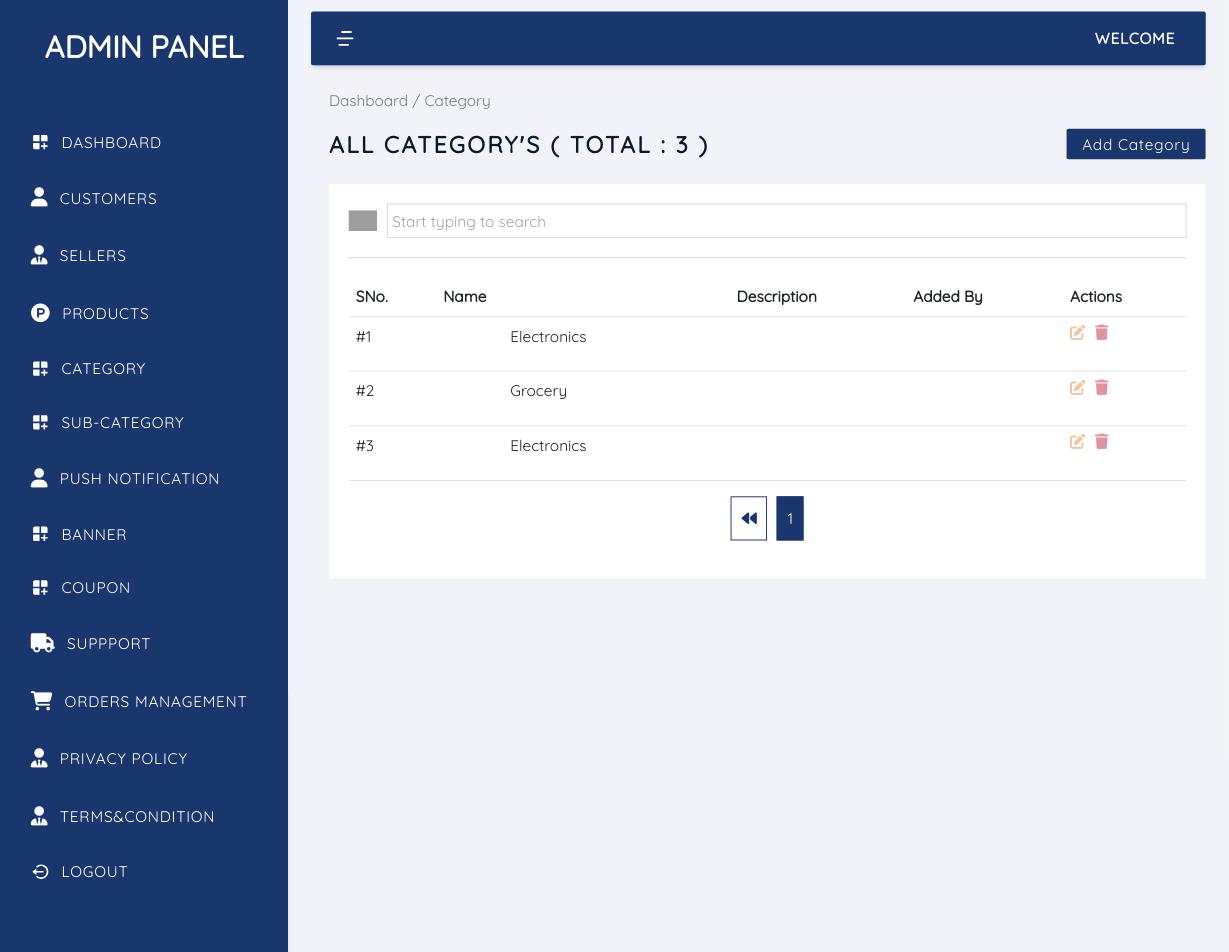
Repository: shishpal2000/admin.aschpro
Page: /Category
An editor plug-in stored every save of this project. The page is shown before and after a run of saves, followed by the edit.
The browser window is 1280 px wide. The pictures show the whole page, at 96% of full size.
Pictures or frames that could not be fetched are drawn as grey boxes. An inner scrolling area shows only its first screen. Some web libraries are served in a nearby version. The project was rebuilt for these pictures with package versions that can differ from the ones it lists, and the page was loaded fresh each time. Also part of the build but not shown: src/E-CommerceAdmin/forms/Login.jsx, src/E-CommerceAdmin/pages/Dashboard.jsx, src/E-CommerceAdmin/pages/EProduct.js, src/E-CommerceAdmin/pages/EVendorList.js, src/E-CommerceAdmin/pages/EAdminOrders.js, src/E-CommerceAdmin/pages/EAdminDelivery.js, src/E-CommerceAdmin/pages/EAdminCustomer.js, src/E-CommerceAdmin/pages/ESubCategory.js and 6 more. Imported but missing from the stored project, and not drawn on this page: src/E-CommerceAdmin/pages/Complaints, src/E-CommerceAdmin/pages/Component/SpinnerComp, src/E-CommerceAdmin/pages/EAdmin, src/E-CommerceAdmin/pages/EAdminProduct, src/E-CommerceAdmin/pages/ESingleProduct, src/E-CommerceAdmin/pages/GetMeThis, src/E-CommerceAdmin/pages/HelpSupport.

Above is the page before, as saved 2023-06-28 16:28:28.

After the next 2 saves:
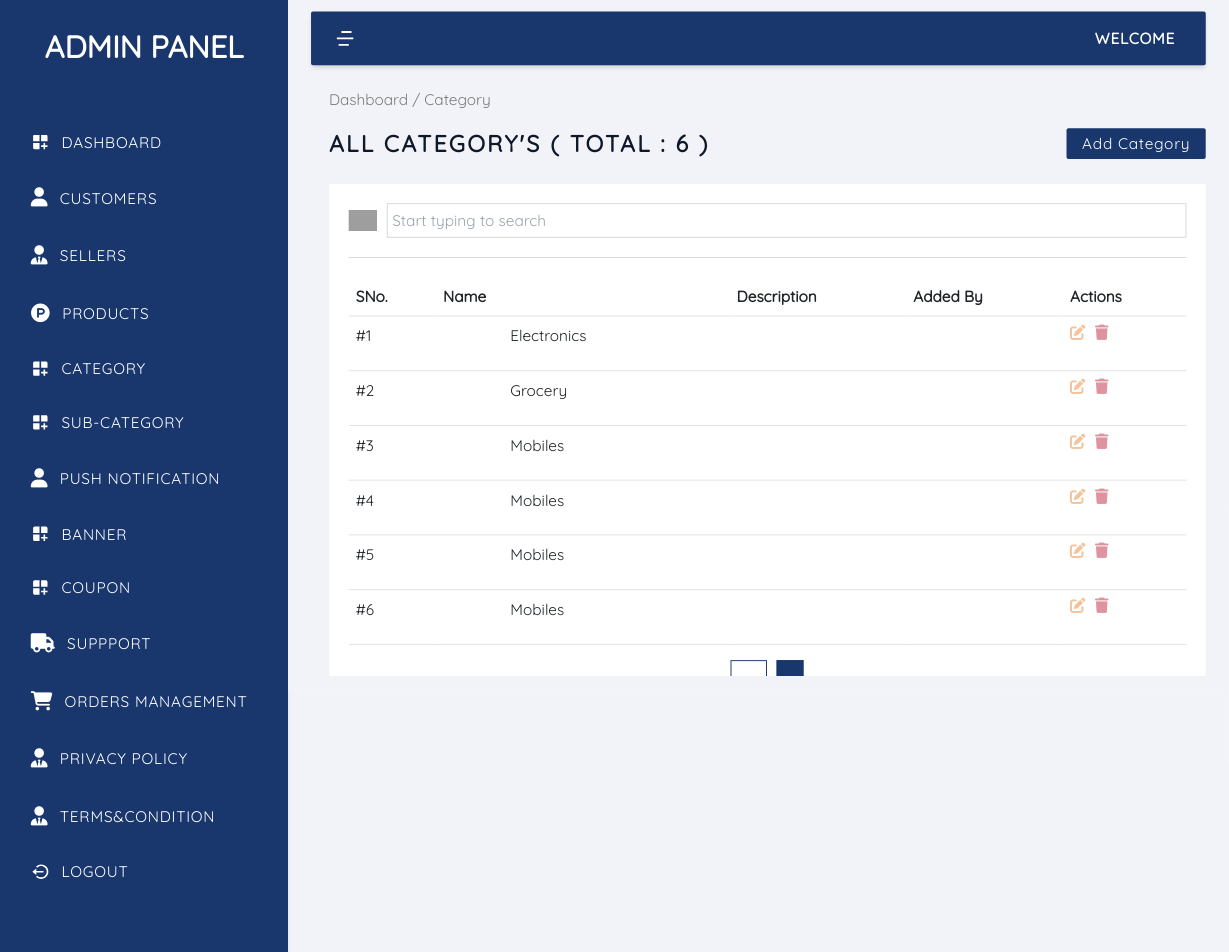
The 2 saves are shown as one change because they came seconds apart.
The last was saved 8 s later.
--- a/src/E-CommerceAdmin/pages/ECategory.js
+++ b/src/E-CommerceAdmin/pages/ECategory.js
@@ -26,7 +26,19 @@ const ECategory = () => {
     },
     {
       img : "https://rukminim1.flixcart.com/flap/128/128/image/22fddf3c7da4c4f4.png?q=100" ,
-      name : "Electronics"
+      name : "Mobiles"
+    },
+    {
+      img : "https://rukminim1.flixcart.com/flap/128/128/image/22fddf3c7da4c4f4.png?q=100" ,
+      name : "Mobiles"
+    },
+    {
+      img : "https://rukminim1.flixcart.com/flap/128/128/image/22fddf3c7da4c4f4.png?q=100" ,
+      name : "Mobiles"
+    },
+    {
+      img : "https://rukminim1.flixcart.com/flap/128/128/image/22fddf3c7da4c4f4.png?q=100" ,
+      name : "Mobiles"
     },
   ]
 
